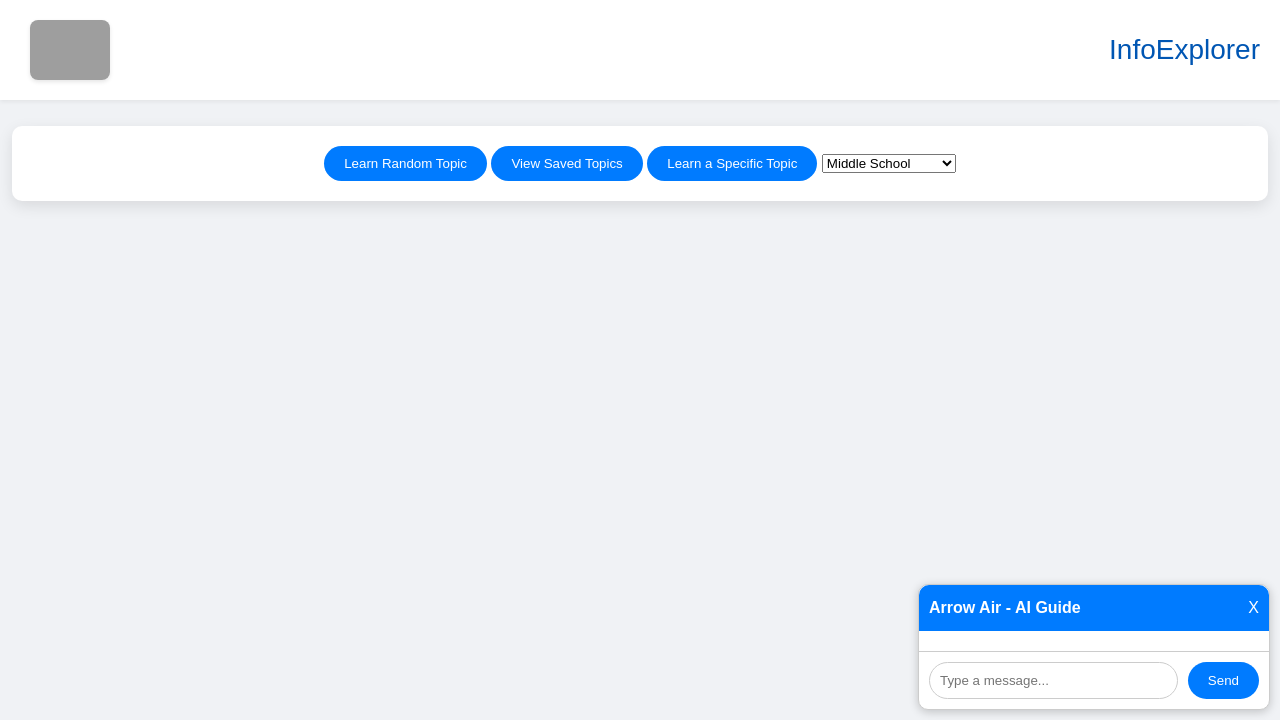
Repository: joehulsizer/cs32final
Page: htdocs/index.html
An editor plug-in stored every save of this project. The page is shown before and after the next save, followed by the edit.
The browser window is 1280 px wide. The pictures show the whole page.
Pictures or frames that could not be fetched are drawn as grey boxes.

Above is the page before, as saved 2024-04-29 19:43:17.
Not found: htdocs/subjects.js

### htdocs/index.html
<!DOCTYPE html>
<html lang="en">
<head>
    <meta charset="UTF-8">
    <meta name="viewport" content="width=device-width, initial-scale=1.0">
    <title>Learn a Random Topic</title>
    <link rel="stylesheet" href="knowl.css">
</head>
<body>
    <header>
        <img src="Unknown.jpeg" alt="InfoExplorer Logo" id="company-logo">
        <h1 id="company-name">InfoExplorer</h1>
    </header>
    <div id="welcome-screen">
        <div class="welcome-container">
            <button id="generate-article">Learn Random Topic</button>
            <button id="view-saved">View Saved Topics</button>
            <button id="learn-specific-topic">Learn a Specific Topic</button>
            <div id="specific-topic-form" style="display:none;">
                <input type="text" id="specific-topic-text" placeholder="Enter a topic to learn about...">
                <button id="submit-specific-topic">Submit</button>
            </div>
            <select id="difficulty-level">
                <option value="elementary">Elementary School</option>
                <option value="middle" selected>Middle School</option>
                <option value="high">High School</option>
                <option value="college">College</option>
              </select>


        </div>


    </div>
    <div id="loading-screen" class="loading-screen">
        <div class="spinner"></div>
        <p>Please wait while we generate your increased knowledge...</p>
    </div>

    <div id="article-screen" style="display: none;">
        <h1 id="article-title"></h1>
        <p id="article-summary"></p> <!-- Element to display the article summary -->
        <div id="notification" class="notification"></div>
        <div class="image-container">
            <img id="article-image1" src="" alt="Article Image 1">
            <img id="article-image2" src="" alt="Article Image 2">
        </div>
        <button id="save-article">Save Topic</button>
        <button id="generate-another">Generate Another Topic</button>
        <button id="back-to-main">Back to Main</button>
        <button id="learn-more">Learn More</button>
        <div id="options-box" style="display:none;">
            <button id="explain-simpler">Explain Simpler</button>
            <button id="more-in-depth">More In-Depth</button>
            <button id="learn-bullet-points">Learn Bullet Points</button>
        </div>
        <button id="generate-similar">Generate Similar Topic</button>


        </button>


    </div>
    <!-- Up Arrow and Chat Interface Toggle Button -->
    <div id="chat-interface" class="chat-interface">
        <div class="chat-header">
            <div class="chat-title">Arrow Air - AI Guide</div>
            <div class="toggle-chat" onclick="toggleChat()">X</div>
        </div>
        <div class="chat-body">
            <!-- Chat messages will be dynamically inserted here -->
        </div>
        <div class="chat-footer">
            <input type="text" id="chat-input" placeholder="Type a message..." />
            <button onclick="sendMessage()">Send</button>
        </div>
    </div>



    <div id="saved-articles-screen" style="display: none;">
        <h1>Saved Topics</h1>
        <div id="saved-articles"></div>
        <button id="back-to-main_saved">Back to Main</button>
        <button id="clear-topics">Clear Topics</button> <!-- Clear Topics button -->

    </div>

    <!-- Detailed Topic View -->
<div id="detailed-topic-screen" style="display: none;">
    <h1 id="detailed-topic-title"></h1>
    <div class="image-container">
        <img id="detailed-topic-image1" src="" alt="Detailed Topic Image 1">
        <img id="detailed-topic-image2" src="" alt="Detailed Topic Image 2">
    </div>
    <button id="back-to-saved">Back to Saved Topics</button>
</div>
    <script src="subjects.js"></script>
    <script src="app.js"></script>
    <!-- <script src="chatgpt.js"></script> --> <!-- Link to the new ChatGPT integration script -->

</body>
</html>

### htdocs/knowl.css
body {
    font-family: 'Helvetica Neue', Helvetica, Arial, sans-serif;
    background-color: #f0f2f5;
    color: #333333;
    margin: 0;
    padding: 0;
    line-height: 1.6;
}

header {
    background-color: #fff;
    box-shadow: 0 2px 4px rgba(0, 0, 0, 0.06);
    padding: 10px 20px;
    display: flex;
    align-items: center;
    justify-content: space-between;
}

#company-logo {
    height: 60px;
    margin-right: 15px;
}

#company-name {
    color: #0056b3;
    font-size: 28px;
    font-weight: 500;
    margin: 0;
}

.welcome-container, #article-screen, #saved-articles-screen, #detailed-topic-screen {
    margin: 2% auto;
    padding: 20px;
    max-width: 95%;
    background: #FFFFFF;
    border-radius: 10px;
    box-shadow: 0 5px 15px rgba(0, 0, 0, 0.1);
    text-align: center;
}

button {
    background-color: #007bff;
    color: white;
    padding: 10px 20px;
    border: none;
    border-radius: 4px;
    transition: background-color 0.2s, transform 0.1s;
}

button:hover, button:focus {
    background-color: #0056b3;
    transform: translateY(-2px);
    outline: none;  /* Avoids the default focus outline */
}

button:active {
    background-color: #004494;
    transform: translateY(1px);
}


.image-container {
    display: flex;
    justify-content: center;
    flex-wrap: wrap;
}

img {
    max-width: 45%;
    max-height: 300px;
    margin: 10px;
    border-radius: 8px;
    box-shadow: 0 2px 4px rgba(0, 0, 0, 0.1);
}

h1, p {
    margin: 0.5em 0;
}

.loading-screen {
    display: none;
    justify-content: center;
    align-items: center;
    background: rgba(0, 0, 0, 0.8);
    color: white;
    text-align: center;
}

.notification {
    position: fixed;
    top: 20px;
    right: 20px;
    background-color: #007bff;
    color: white;
    padding: 10px;
    border-radius: 4px;
    display: none;
}



.spinner {
    border: 8px solid #f3f3f3;
    border-top: 8px solid #3498db;
    border-radius: 50%;
    width: 50px;
    height: 50px;
    animation: spin 2s linear infinite;
}

@keyframes spin {
    0% { transform: rotate(0deg); }
    100% { transform: rotate(360deg); }
}
/* Filename: chat-interface.css */

body {
    margin: 0;
    font-family: Arial, sans-serif;
}

#chat-interface {
    position: fixed;
    bottom: 10px;
    right: 10px;
    width: 350px;
    border: 1px solid #ccc;
    border-radius: 10px;
    background-color: #fff;
    box-shadow: 0 2px 10px rgba(0, 0, 0, 0.2);
    display: flex;
    flex-direction: column;
}

.chat-header {
    background-color: #007bff;
    color: #fff;
    padding: 10px;
    border-top-left-radius: 10px;
    border-top-right-radius: 10px;
    display: flex;
    justify-content: space-between;
    align-items: center;
}

.chat-title {
    font-weight: bold;
}

.chat-toggle {
    cursor: pointer;
}

.chat-body {
    padding: 10px;
    overflow-y: auto;
}

.chat-message {
    margin-bottom: 10px;
    padding: 10px;
    border-radius: 20px;
    max-width: 80%;
}

.chat-message.user-message {
    background-color: #007bff;
    color: #fff;
    align-self: flex-end;
}

.chat-message.ai-message {
    background-color: #f0f0f0;
    color: #333;
    align-self: flex-start;
}

.chat-footer {
    border-top: 1px solid #ccc;
    padding: 10px;
    display: flex;
}

#chat-input {
    flex-grow: 1;
    padding: 10px;
    margin-right: 10px;
    border: 1px solid #ccc;
    border-radius: 20px;
}

button {
    padding: 10px 20px;
    background-color: #007bff;
    color: #fff;
    border: none;
    border-radius: 20px;
    cursor: pointer;
}

button:hover {
    background-color: #0056b3;
}

Loaded but not shown: htdocs/app.js (581 lines, source omitted)

After the next save:
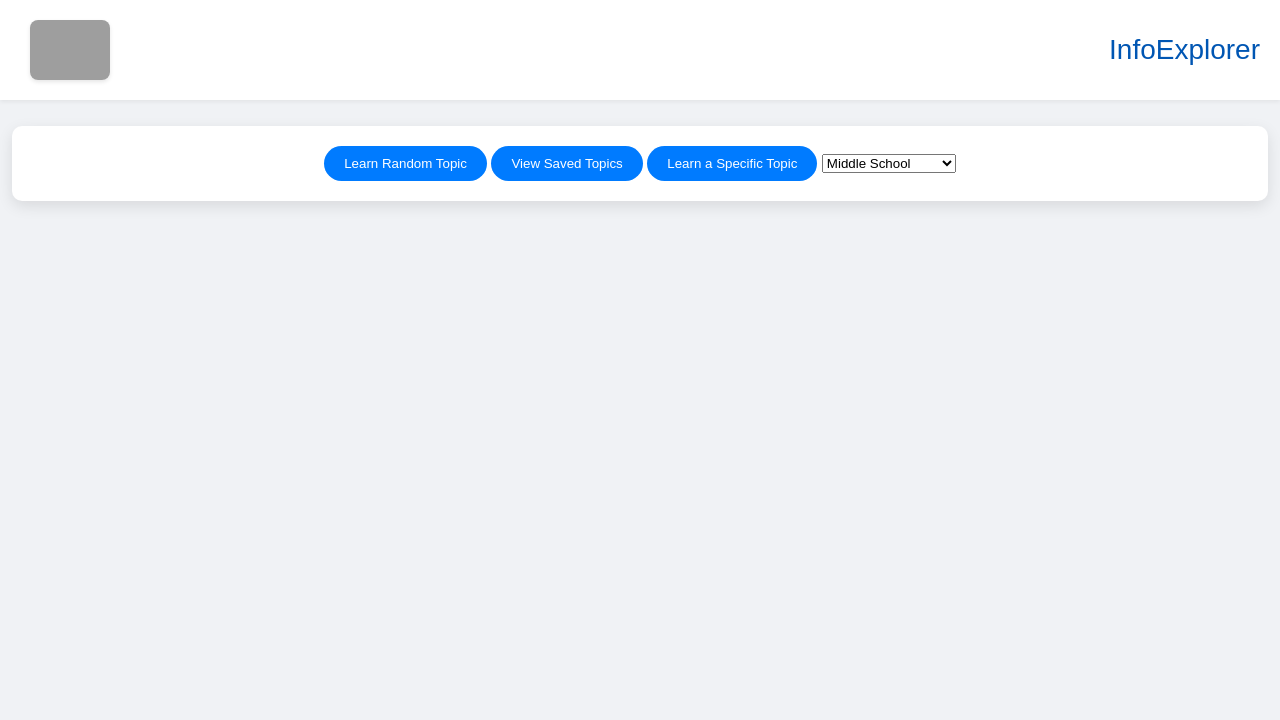
Saved 79 s later.
--- a/htdocs/index.html
+++ b/htdocs/index.html
@@ -62,18 +62,11 @@
 
     </div>
     <!-- Up Arrow and Chat Interface Toggle Button -->
-    <div id="chat-interface" class="chat-interface">
-        <div class="chat-header">
-            <div class="chat-title">Arrow Air - AI Guide</div>
-            <div class="toggle-chat" onclick="toggleChat()">X</div>
-        </div>
-        <div class="chat-body">
-            <!-- Chat messages will be dynamically inserted here -->
-        </div>
-        <div class="chat-footer">
-            <input type="text" id="chat-input" placeholder="Type a message..." />
-            <button onclick="sendMessage()">Send</button>
-        </div>
+    <div id="chat-interface" class="chat-interface" style="display: none;">
+        <button id="toggle-chat">Toggle Chat</button>
+        <div class="chat-body"></div>
+        <input type="text" id="chat-input" placeholder="Type a message..." />
+        <button id="send-chat">Send</button>
     </div>
 
 
